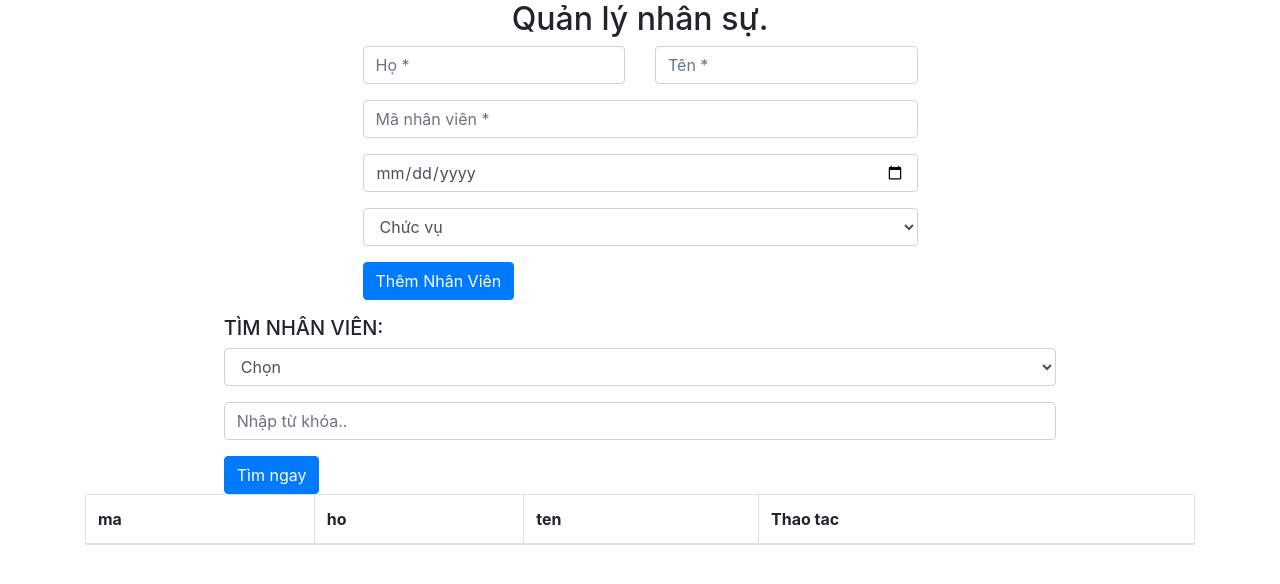
Repository: dovanthao2404/quanlynhanvien
Page: index.html
An editor plug-in stored every save of this project. The page is shown before and after the next save, followed by the edit.
The browser window is 1280 px wide. The pictures show the whole page.

Above is the page before, as saved 2021-06-30 15:55:18.

After the next save:
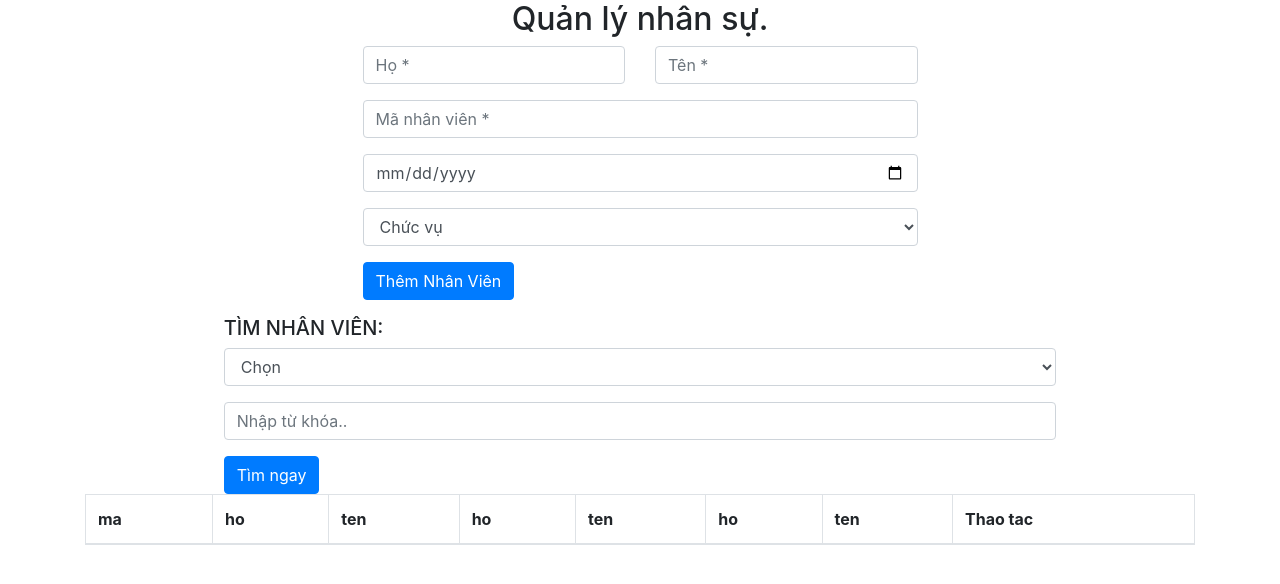
Saved 20 s later.
--- a/index.html
+++ b/index.html
@@ -99,6 +99,10 @@
           <th>ma</th>
           <th>ho</th>
           <th>ten</th>
+          <th>ho</th>
+          <th>ten</th>
+          <th>ho</th>
+          <th>ten</th>
           <th>Thao tac</th>
         </thead>
         <tbody id="thetBody">
